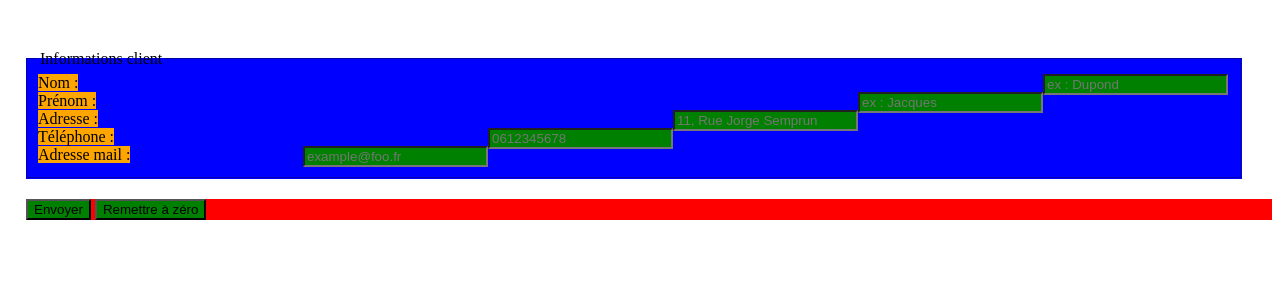
Repository: big73/NFE114
Page: http://localhost/Seance4-step1/
The author's editor kept a copy of each file at every save. The page is drawn from the files as they stood at one save, then again after the next save.
The browser window is 1280 px wide. The pictures show the whole page.
The page is served by Tomcat 9.

Above is the page before, as saved 2015-12-30 14:45:20.

After the next save:
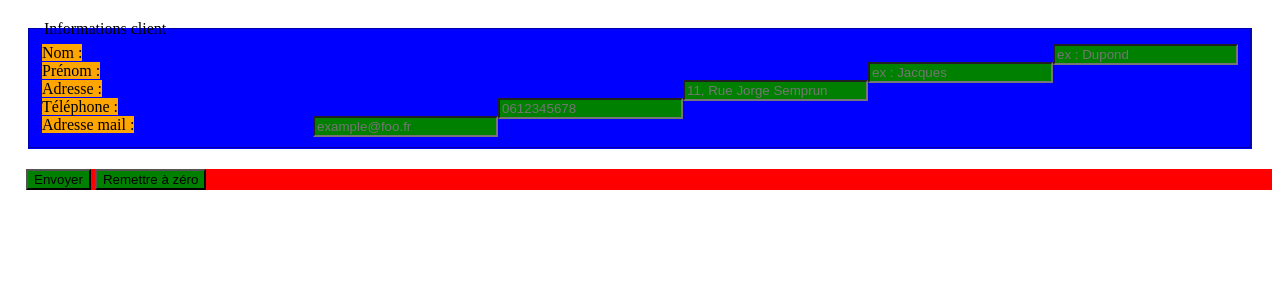
Saved 57 s later.
--- a/Seance4-step1/WebContent/css/style.css
+++ b/Seance4-step1/WebContent/css/style.css
@@ -6,12 +6,8 @@
 
 fieldset {
     border-color: blue;
-    margin-top : 50px;
-    margin-left : 18px;
-    margin-right : 30px;
-    margin-bottom : 20px;
-
-    padding-left : 10px;
+    margin : 20px;
+    padding : px;
     background-color: blue;
 }
 
